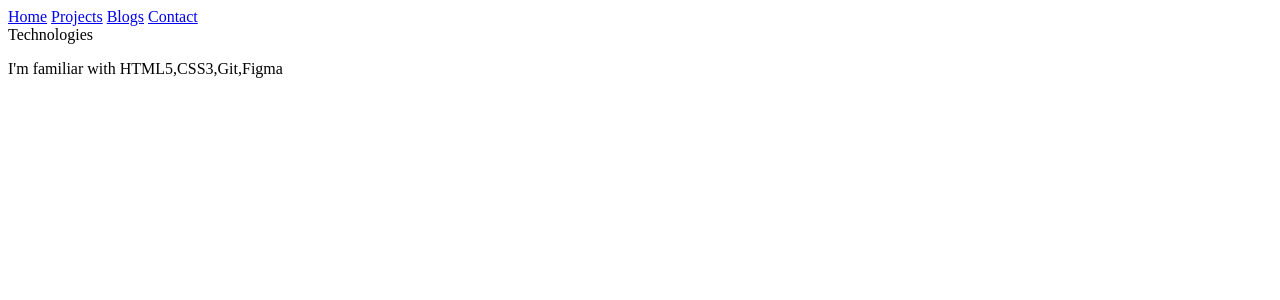
Repository: nihalani20/HTMLbyKG
Page: Projectlevel4/index.html
These files come from the project's save history. The page is drawn as it stood at one moment and after a run of saves; the edit follows.
The browser window is 1280 px wide. The pictures show the whole page.

Above is the page before, as saved 2023-12-13 19:30:04.

### Projectlevel4/index.html
<!DOCTYPE html>
<html lang="en">
<head>
  <meta charset="UTF-8">
  <meta name="viewport" content="width=device-width, initial-scale=1.0">
  <title>HTML and Project Structure</title>
</head>
<body>
  <header>
   <nav>
    <a href="#home">Home</a>
    <a href="#projects">Projects</a>
    <a href="#blogs">Blogs</a>
    <a href="#contact">Contact</a>

   </nav>
  </header>
  <main>
<section>
Technologies
<p>I'm familiar with HTML5,CSS3,Git,Figma</p>
</section>
  </main>
  <footer>

  </footer>
</body>
</html>

After the next 4 saves:
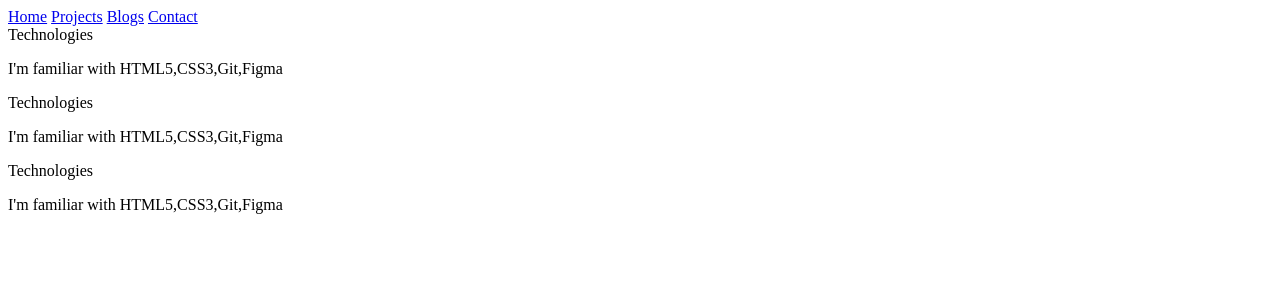
The 4 saves are shown as one change because they came seconds apart.
The last was saved 17 s later.
--- a/Projectlevel4/index.html
+++ b/Projectlevel4/index.html
@@ -20,6 +20,14 @@
 Technologies
 <p>I'm familiar with HTML5,CSS3,Git,Figma</p>
 </section>
+<section>
+  Technologies
+  <p>I'm familiar with HTML5,CSS3,Git,Figma</p>
+</section>
+<section>
+  Technologies
+  <p>I'm familiar with HTML5,CSS3,Git,Figma</p>
+</section>
   </main>
   <footer>
 
